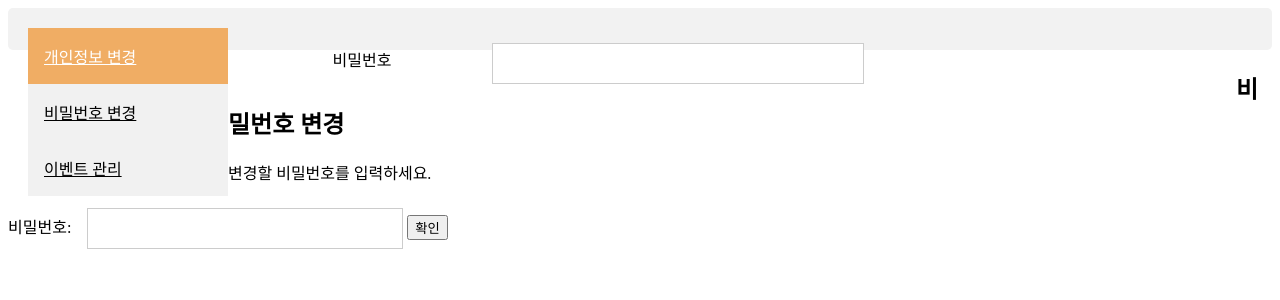
Repository: kdw0937/UdongProject
Page: http://localhost/matjib2/jsp/pass.jsp
These files come from the project's save history. The page is drawn as it stood at one moment and after the next save; the edit follows.
The browser window is 1280 px wide. The pictures show the whole page.
The page is served by Tomcat 9. Other server files are loaded and not shown.

Above is the page before, as saved 2021-01-21 16:14:35.

### matjib2/src/main/webapp/jsp/pass.jsp
<%@ page language="java" contentType="text/html; charset=UTF-8"
    pageEncoding="UTF-8"%>
    <%@ taglib uri="http://www.springframework.org/tags/form" prefix="form"%>
<!DOCTYPE html>
<html>
<head>
<meta name="viewport" content="width=device-width, initial-scale=1">
<link rel="stylesheet" type="text/css"
	href="${pageContext.request.contextPath}/css/mypage_pw.css">
<!-- <script src="https://code.jquery.com/jquery-3.4.1.min.js"></script> -->

<meta charset="EUC-KR">
<title>Store_Management</title>
<script type="text/javascript" src="resources/js/jquery-3.5.1.min.js"
	charset="utf-8"></script>
</head>
<body>

	<div class="store_container">
		<form action="../jsp/pword.html" method="post">
			<div class="sidebar">
				<a class="active" href="../jsp/mypage.html">개인정보 변경</a> <a
					href="../jsp/password.html">비밀번호 변경</a>
				<a href="#">이벤트 관리</a>
			</div>
			<div class="content">
		<div class="row">
			<div class="col-25">
				<label >비밀번호</label>
			</div>
			<div class="col-75">
				<input type="text" id="user-id" name="user-id" value="${ USER.user_id}" readonly/>
			</div>
			</div>
		</div>
		</form>
	</div>

	<div class = "pw-content">
		<h2>비밀번호 변경</h2>
		<p class = "pw-pw">변경할 비밀번호를 입력하세요.</p>
		<div class = "pw-pwcheck">

				<label>비밀번호: </label>
				<input type = "hidden" name = "user_id" value = "${loginUser }"/>
				<input name = "password" id = "pwd" type = "password">
				<button type = "submit">확인</button>
			</form>
		</div>
	</div>
</body>
</html>

### matjib2/src/main/webapp/css/mypage_pw.css
@charset "EUC-KR";


* {
  box-sizing: border-box;
}

/* <!-- 파일 업로드 --> */

	 .input_wrap input[type=file] {
            display: none;
        }

        .my_button {
            display: inline-block;
            width: 200px;
            text-align: center;
            padding: 10px;
            background-color: #006BCC;
            color: #fff;
            text-decoration: none;
            border-radius: 5px;
        }
        .imgs_wrap {

            margin-top: 30px;
            margin-bottom: 30px;
            padding-top: 10px;
            padding-bottom: 10px;

        }

        .imgs_wrap img {
        	width:150px;
        	height:150px;
            max-width: 150px;
            margin-left: 10px;
            margin-right: 10px;
        }

        .imgs_wrap2{
        	margin-top: 30px;
            margin-bottom: 30px;
            padding-top: 10px;
            padding-bottom: 10px;
        }

        .imgs_wrap2 img{
 	        width:150px;
        	height:150px;
            max-width: 150px;
            margin-left: 10px;
            margin-right: 10px;
        }


input[type=text], select, textarea {
  width: 50%;
  padding: 12px 20px;
  margin: 8px 0;
  display: inline-block;
  border: 1px solid #ccc;
  box-sizing: border-box;
}

input[type=button], select, textarea {
	padding:0 32px;
	line-height: 40px;
	border:1px solid #f0ad64;
	border-radius: 2px;
	color:#f0ad64;
	letter-spacing:0.1em;
	font-weight:bold;
	text-transform:uppercase;
	display:inline-block;
	text-decoration:none;
	font-style:normal;
	background:none;
	transition:0.4s;
}
input[type=password], select, textarea {
  width: 25%;
  padding: 12px 20px;
  margin: 8px 0;
  display: inline-block;
  border: 1px solid #ccc;
  box-sizing: border-box;
}
.sidebar {
  margin: 0;
  padding: 0;
  width: 200px;
  background-color: #f1f1f1;
  height: 100%;
  overflow: auto;
  float:left;
}

.sidebar a {
  display: block;
  color: black;
  padding: 16px;
  /* text-decoration: none; */
}

.sidebar a {
   /* float: left; */
}

.sidebar a.active {
  background-color: #f0ad64;
  color: white;
}

.sidebar a:hover:not(.active) {
  background-color: #555;
  color: white;
}

div.content {
  margin-left: 200px;
  padding: 1px 16px;
  /* height: 1000px; */
}
div.secession_content{
	margin-left :200px;
	padding: 1px 16px;
	height:100px;
}

@media screen and (max-width: 700px) {
  .sidebar {
    width: 100%;
    height: auto;
    position: relative;
  }
  .sidebar a {float: left;}
  div.content {margin-left: 0;}
  div.secession_content{margin-left: 0;}
}

@media screen and (max-width: 400px) {
  .sidebar a {
    text-align: center;
    float: none;
  }
}
label {
  padding: 12px 12px 12px 0;
  display: inline-block;
}

.store_bottom{
   text-align:center;
}

.store_bottom input[type=submit] {
  color: white;

  margin: 8px 0;
  border:1px solid #f0ad64;
  color:#f0ad64;
  font-weight:bold;
  cursor: pointer;
  width: 40%;
}

.store_bottom input[type=submit]:hover {
  opacity: 0.8;
  background:#f0ad64;
  color:#fff;
}

.store_container {
  border-radius: 5px;
  background-color: #f2f2f2;
  padding: 20px;
}

.col-25 {
  float: left;
  width: 25%;
  margin-top: 6px;
  text-align:center;
}

.col-75 {
  float: left;
  width: 75%;
  margin-top: 6px;
}

/* Clear floats after the columns */
.row:after {
  content: "";
  display: table;
  /* clear: both; */
}

/* Responsive layout - when the screen is less than 600px wide, make the two columns stack on top of each other instead of next to each other */
@media screen and (max-width: 600px) {
  .col-25, .col-75, input[type=submit] {
    width: 100%;
    margin-top: 0;
  }
}

Loaded but not shown: matjib2/src/main/webapp/js/jquery-3.5.1.min.js (library)

After the next save:
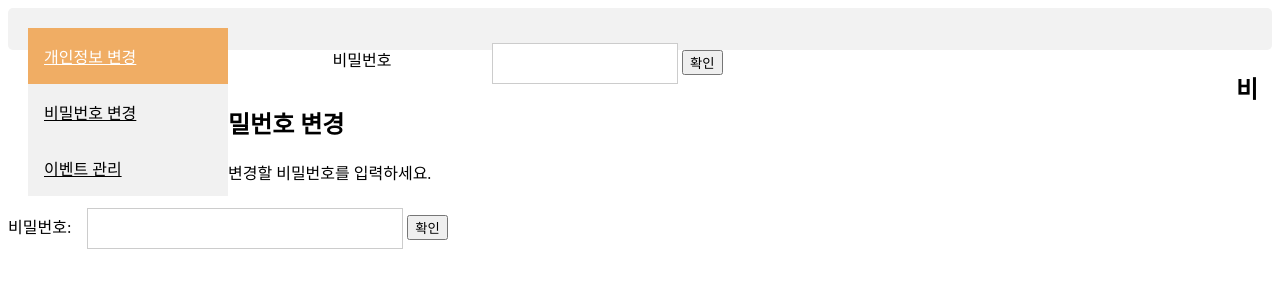
Saved 10 s later.
--- a/matjib2/src/main/webapp/jsp/pass.jsp
+++ b/matjib2/src/main/webapp/jsp/pass.jsp
@@ -29,7 +29,9 @@
 				<label >비밀번호</label>
 			</div>
 			<div class="col-75">
-				<input type="text" id="user-id" name="user-id" value="${ USER.user_id}" readonly/>
+				<input type = "hidden" name = "user_id" value = "${loginUser }"/>
+				<input name = "password" id = "pwd" type = "password">
+				<button type = "submit">확인</button>
 			</div>
 			</div>
 		</div>
